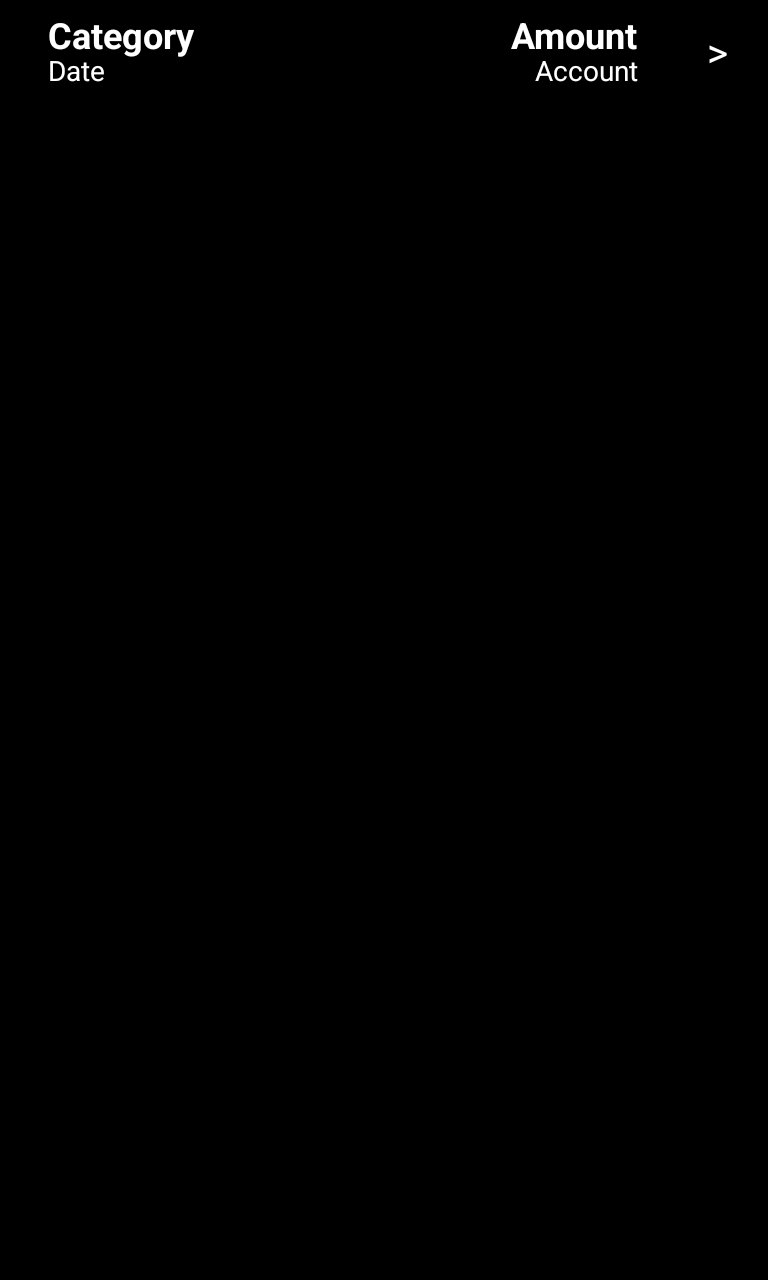
Repository: marlon-rodrigues/Nummus_Android
Layout: Nummus/res/layout/list_incexp.xml
The author's editor kept a copy of each file at every save. The layout is drawn from the files as they stood at one save, then again after the next save.
It is drawn on a 768 x 1280 px phone screen (xhdpi) without system bars, with theme AppTheme; the app's code is not run.

Above is the layout before, as saved 2012-08-22 16:46:28.

### Nummus/res/layout/list_incexp.xml
<?xml version="1.0" encoding="utf-8"?>
<RelativeLayout xmlns:android="http://schemas.android.com/apk/res/android"
    android:layout_width="match_parent"
    android:layout_height="match_parent" >

    <TextView
        android:id="@+id/textCategory"
        android:layout_width="wrap_content"
        android:layout_height="35dp"
        android:layout_alignParentLeft="true"
        android:layout_alignParentTop="false"
        android:layout_marginTop="5dp"
        android:layout_marginLeft="24dp"
        android:text="Category"
        android:textColor="#FFFFFF"
        android:textStyle="bold"
        android:textSize="18sp"/>

    <TextView
        android:id="@+id/textDate"
        android:layout_width="wrap_content"
        android:layout_height="wrap_content"
        android:layout_alignLeft="@+id/textCategory"
        android:layout_below="@+id/textCategory"
        android:layout_marginTop="-15dp"
        android:text="Date"
        android:textColor="#FFFFFF"
        android:textSize="14sp"/>

	<TextView
        android:id="@+id/textAmount"
        android:layout_width="wrap_content"
        android:layout_height="35dp"
        android:layout_alignParentRight="true"
        android:layout_alignParentTop="false"
        android:layout_marginTop="5dp"
        android:layout_marginRight="65dp"
        android:text="Amount"
        android:textColor="#FFFFFF"
        android:textStyle="bold"
        android:textSize="18sp"/>

    <TextView
        android:id="@+id/textAccount"
        android:layout_width="wrap_content"
        android:layout_height="wrap_content"
        android:layout_alignRight="@+id/textAmount"
        android:layout_below="@+id/textAmount"
        android:layout_marginTop="-15dp"
        android:text="Account"
        android:textColor="#FFFFFF"
        android:textSize="14sp"/>

	<TextView
        android:id="@+id/textDetail"
        android:layout_width="wrap_content"
        android:layout_height="wrap_content"
        android:layout_alignParentRight="true"
        android:layout_marginTop="12dp"
        android:layout_marginRight="20dp"
        android:text=">"
        android:textColor="#FFFFFF"
        android:textSize="20sp"/>

</RelativeLayout>

### Nummus/res/values/styles.xml
<resources>
    <style name="AppTheme" parent="android:Theme.NoTitleBar.Fullscreen"></style>

</resources>

After the next save:
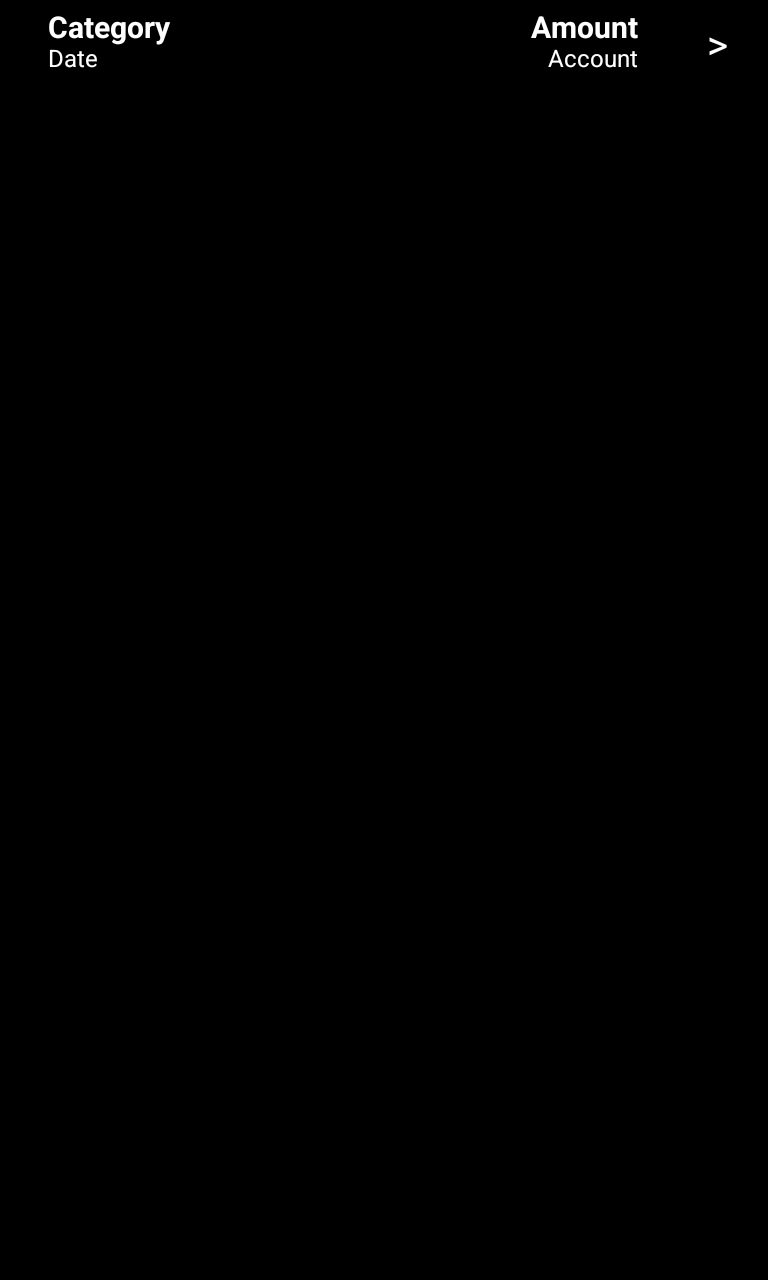
Saved 115 s later.
--- a/Nummus/res/layout/list_incexp.xml
+++ b/Nummus/res/layout/list_incexp.xml
@@ -9,12 +9,12 @@
         android:layout_height="35dp"
         android:layout_alignParentLeft="true"
         android:layout_alignParentTop="false"
-        android:layout_marginTop="5dp"
+        android:layout_marginTop="3dp"
         android:layout_marginLeft="24dp"
         android:text="Category"
         android:textColor="#FFFFFF"
         android:textStyle="bold"
-        android:textSize="18sp"/>
+        android:textSize="15sp"/>
 
     <TextView
         android:id="@+id/textDate"
@@ -22,10 +22,10 @@
         android:layout_height="wrap_content"
         android:layout_alignLeft="@+id/textCategory"
         android:layout_below="@+id/textCategory"
-        android:layout_marginTop="-15dp"
+        android:layout_marginTop="-18dp"
         android:text="Date"
         android:textColor="#FFFFFF"
-        android:textSize="14sp"/>
+        android:textSize="12sp"/>
 
 	<TextView
         android:id="@+id/textAmount"
@@ -33,12 +33,12 @@
         android:layout_height="35dp"
         android:layout_alignParentRight="true"
         android:layout_alignParentTop="false"
-        android:layout_marginTop="5dp"
+        android:layout_marginTop="3dp"
         android:layout_marginRight="65dp"
         android:text="Amount"
         android:textColor="#FFFFFF"
         android:textStyle="bold"
-        android:textSize="18sp"/>
+        android:textSize="15sp"/>
 
     <TextView
         android:id="@+id/textAccount"
@@ -46,17 +46,17 @@
         android:layout_height="wrap_content"
         android:layout_alignRight="@+id/textAmount"
         android:layout_below="@+id/textAmount"
-        android:layout_marginTop="-15dp"
+        android:layout_marginTop="-18dp"
         android:text="Account"
         android:textColor="#FFFFFF"
-        android:textSize="14sp"/>
+        android:textSize="12sp"/>
 
 	<TextView
         android:id="@+id/textDetail"
         android:layout_width="wrap_content"
         android:layout_height="wrap_content"
         android:layout_alignParentRight="true"
-        android:layout_marginTop="12dp"
+        android:layout_marginTop="8dp"
         android:layout_marginRight="20dp"
         android:text=">"
         android:textColor="#FFFFFF"
